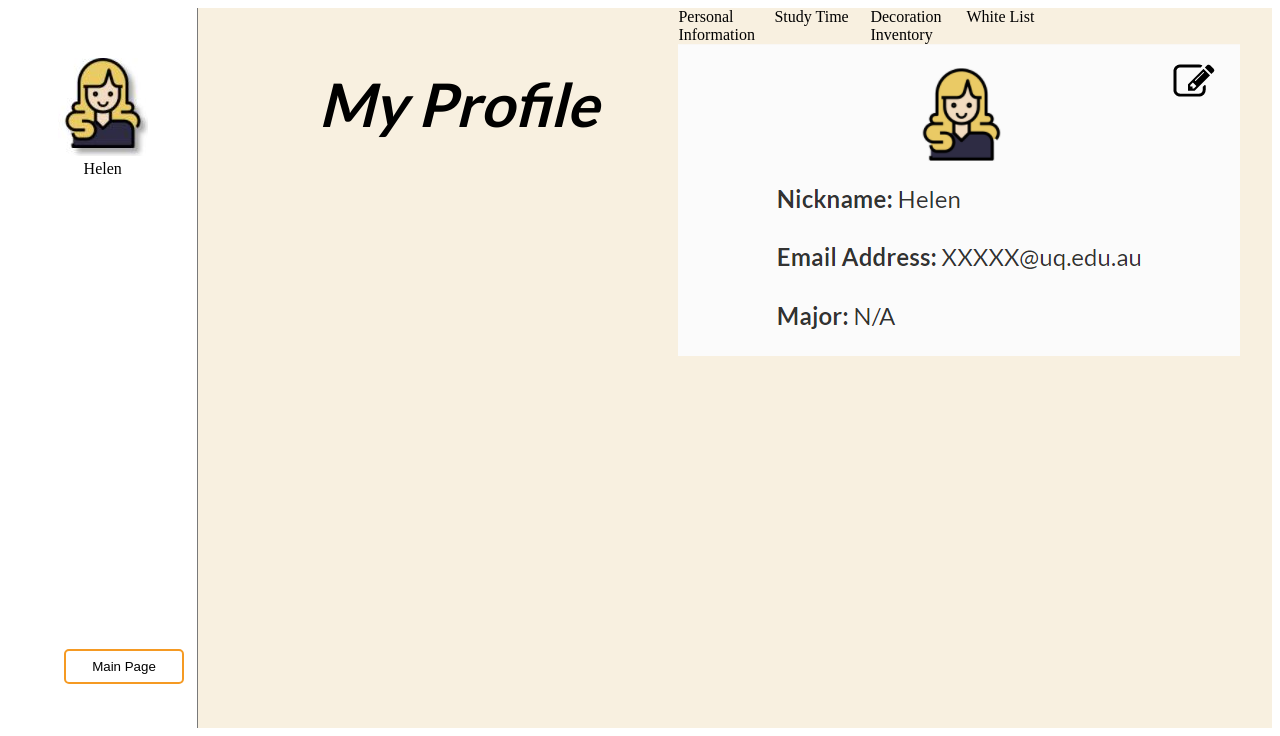
Repository: Team-Extrememe/Online-Study-Room
Page: profile.html
These files come from the project's save history. The page is drawn as it stood at one moment and after the next save; the edit follows.
The browser window is 1280 px wide. The pictures show the whole page.

Above is the page before, as saved 2021-10-17 15:14:44.

After the next save:
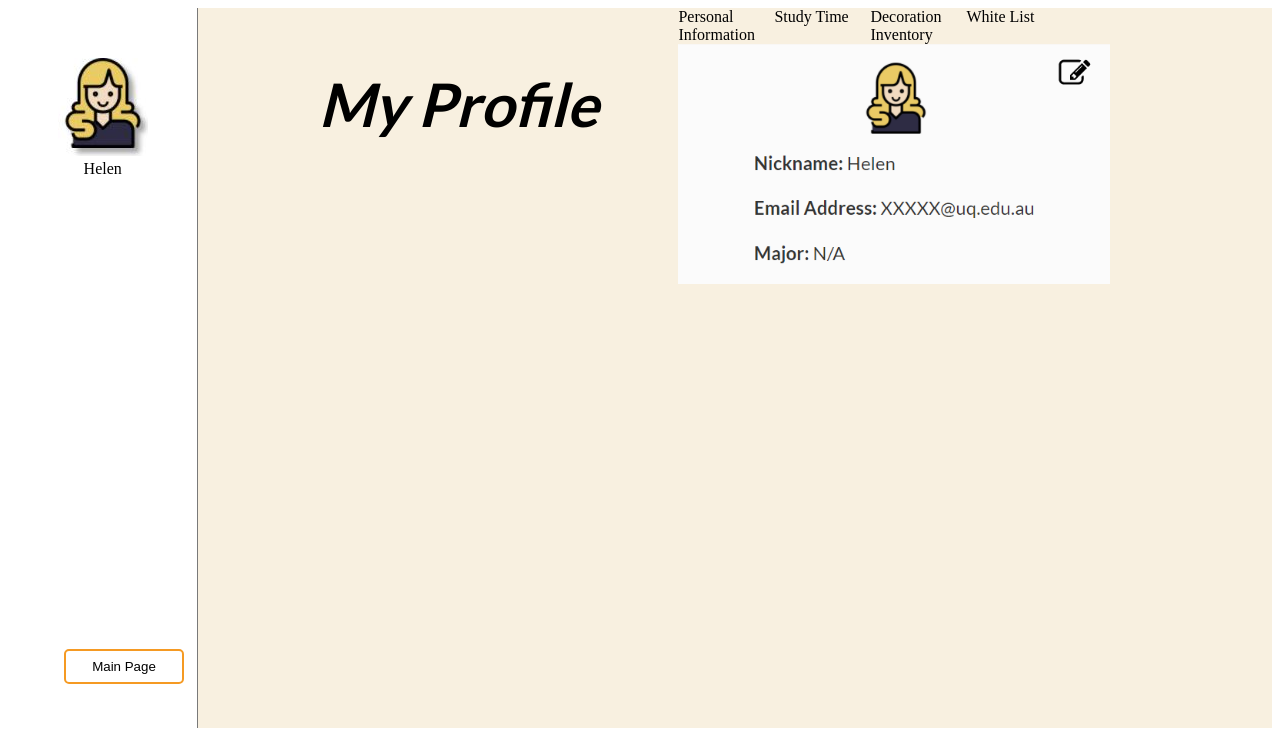
Saved 13 s later.
--- a/css/profile.css
+++ b/css/profile.css
@@ -65,6 +65,10 @@
     width: 6em;
 }
 
+.infoImg{
+    width: 27em;
+}
+
 .study_time{
     float: left;
     width: 6em;
